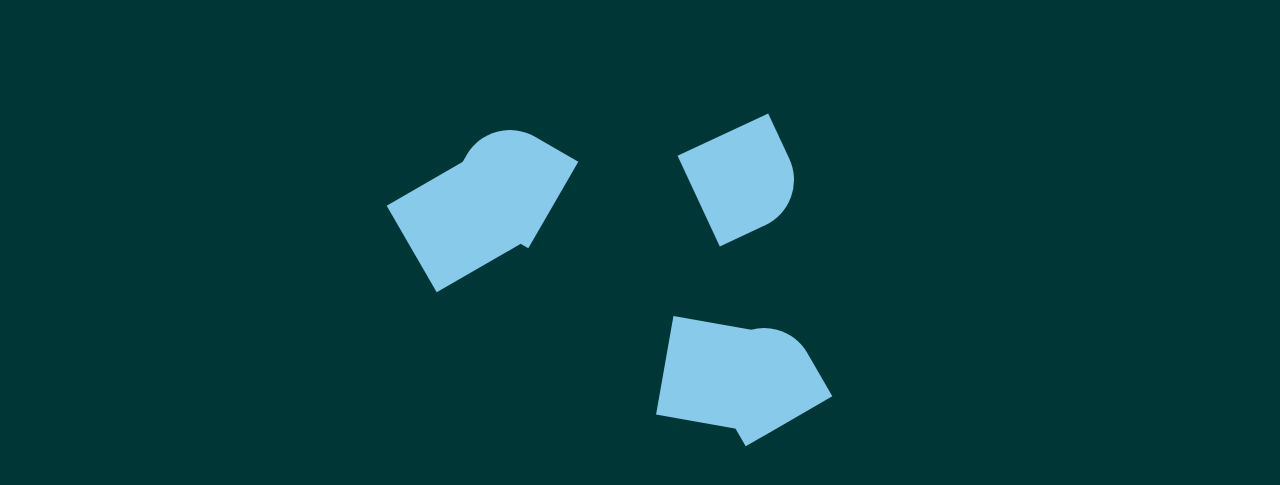
Repository: fangYiYuan/javascript-
Page: transform/添加多个transform属性值.html
These files come from the project's save history. The page is drawn as it stood at one moment and after the next save; the edit follows.
The browser window is 1280 px wide. The pictures show the whole page.

Above is the page before, as saved 2020-04-16 15:35:06.

### transform/添加多个transform属性值.html
<!DOCTYPE html>
<html lang="en">
<head>
  <meta charset="UTF-8">
  <meta name="viewport" content="width=device-width, initial-scale=1.0">
  <meta http-equiv="X-UA-Compatible" content="ie=edge">
  <title>Document</title>
</head>
<style>
  *{
    padding: 0;
    margin: 0;
    background: rgb(1, 54, 54);
  }
  .grid{
    width: 300px;
    height: 400px;
    margin: 100px auto;
  }
  .grid div{
    display: inline-block;
    width: 100px;
    height: 100px;
    background: rgb(136, 202, 233);
  }
  .grid div:nth-child(1){
    border-radius: 50px 0 0 0;
    transform: translate(-30px, 30px) rotate(30deg);
  }
  .grid div:nth-child(2){
    border-radius: 0 50px 0 0;
    transform: translate(100px, 30px) rotate(65deg);
  }
  .grid div:nth-child(3){
    transform: translate(-85px, -30px) rotate(60deg);
  }
  .grid div:nth-child(4){
    transform: translate(70px, 120px) rotate(-80deg);
  }
  .grid div:nth-child(5){
    border-radius: 0 0 0 50px;
    transform: translate(-650px, 97px) rotate(-60deg);
  }
  .grid div:nth-child(6){
    border-radius: 0 0 50px 0;
    transform: translate(120px, 20px) rotate(-120deg);
  }
</style>
<body>
  <div class="grid">
    <div></div>
    <div></div>
    <div></div>
    <div></div>
    <div></div>
    <div></div>
  </div>
</body>
</html>

After the next save:
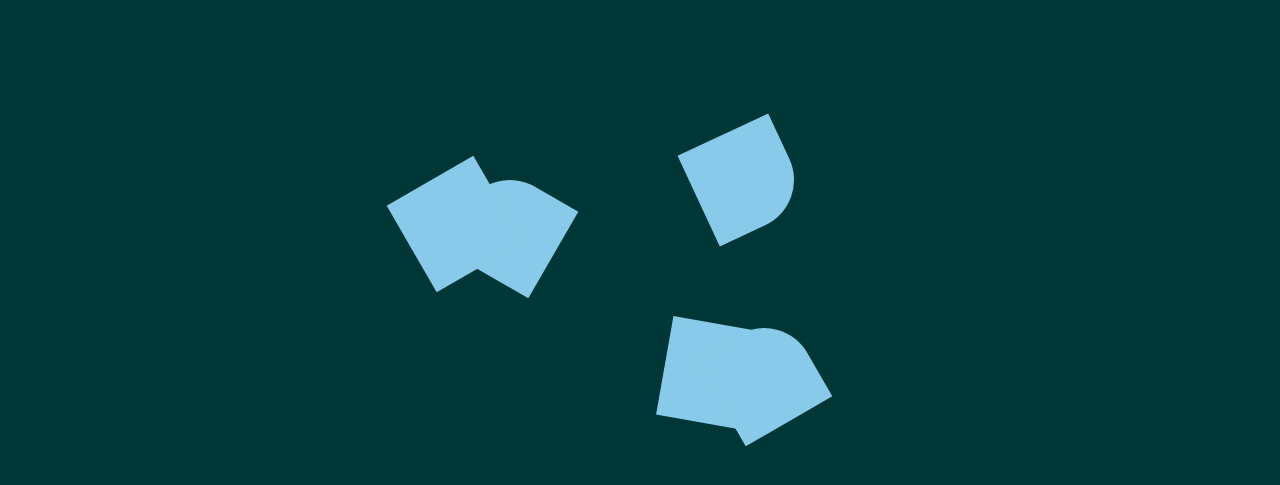
Saved 15 s later.
--- a/transform/添加多个transform属性值.html
+++ b/transform/添加多个transform属性值.html
@@ -25,7 +25,7 @@
   }
   .grid div:nth-child(1){
     border-radius: 50px 0 0 0;
-    transform: translate(-30px, 30px) rotate(30deg);
+    transform: translate(-30px, 80px) rotate(30deg);
   }
   .grid div:nth-child(2){
     border-radius: 0 50px 0 0;
